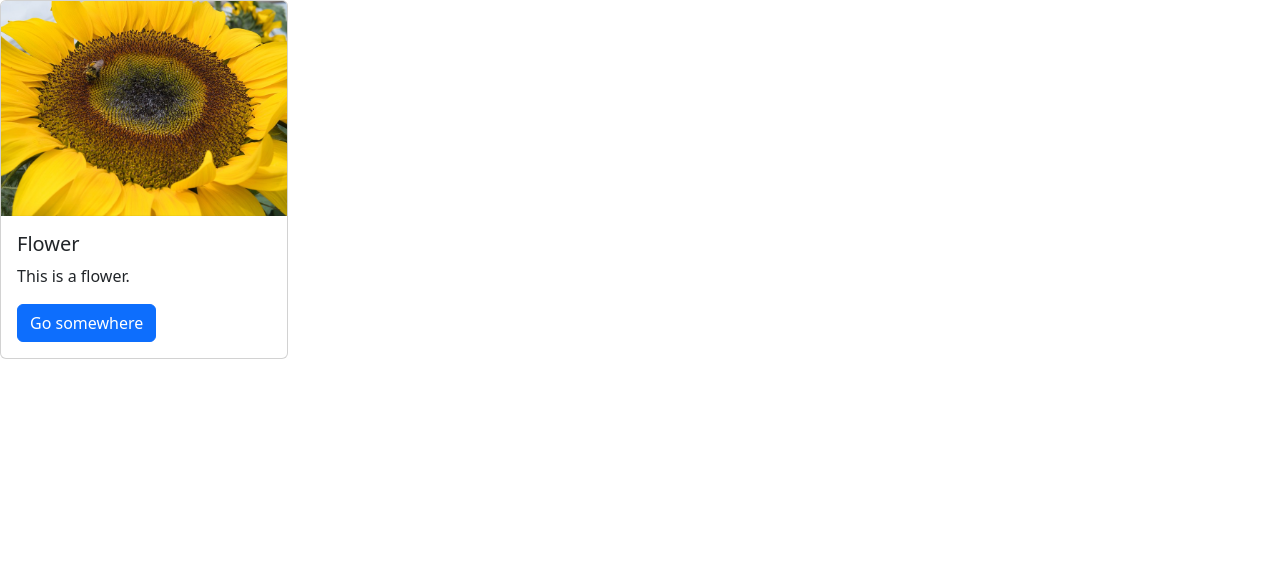
Repository: Stamkopoulos/The-Complete-2023-Web-Development-Bootcamp
Page: CSS and Bootstrap/11.0+Bootstrap+Intro/11.0 Bootstrap Intro/index.html
An editor plug-in stored every save of this project. The page is shown before and after the next save, followed by the edit.
The browser window is 1280 px wide. The pictures show the whole page.

Above is the page before, as saved 2024-02-29 19:26:02.

### CSS and Bootstrap/11.0+Bootstrap+Intro/11.0 Bootstrap Intro/index.html
<!DOCTYPE html>
<html lang="en">
  <head>
    <meta charset="utf-8" />
    <meta name="viewport" content="width=device-width, initial-scale=1" />
    <title>Bootstrap</title>
    <!-- TODO 1: Add the Bootstrap link here. -->
    <link
      href="https://cdn.jsdelivr.net/npm/bootstrap@5.3.3/dist/css/bootstrap.min.css"
      rel="stylesheet"
      integrity="sha384-QWTKZyjpPEjISv5WaRU9OFeRpok6YctnYmDr5pNlyT2bRjXh0JMhjY6hW+ALEwIH"
      crossorigin="anonymous"
    />

    <style>
      /* TODO 4: Use flexbox to center the card in the vertical and horizontal center. */
    </style>
  </head>

  <body>
    <div class="flex-container">
      <!-- TODO 2: Add the Bootstrap Prebuilt Card here -->
      <div class="card" style="width: 18rem">
        <img src="flower.jpg" class="card-img-top" alt="..." />
        <div class="card-body">
          <h5 class="card-title">Flower</h5>
          <p class="card-text">This is a flower.</p>
          <a href="#" class="btn btn-primary">Go somewhere</a>
        </div>
      </div>

      <!-- TODO 3: Change the image src to display the flower.jpg image. -->
    </div>
  </body>
</html>

After the next save:
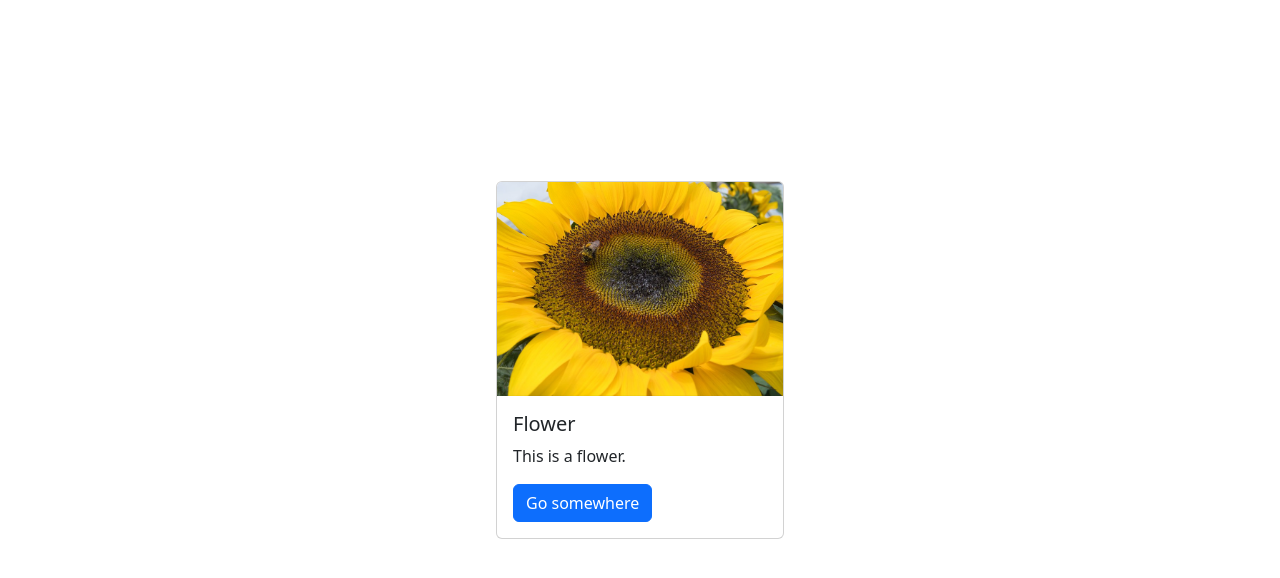
Saved 3 min 36 s later.
--- a/CSS and Bootstrap/11.0+Bootstrap+Intro/11.0 Bootstrap Intro/index.html
+++ b/CSS and Bootstrap/11.0+Bootstrap+Intro/11.0 Bootstrap Intro/index.html
@@ -14,6 +14,12 @@
 
     <style>
       /* TODO 4: Use flexbox to center the card in the vertical and horizontal center. */
+      .flex-container {
+        display: flex;
+        justify-content: center;
+        align-items: center;
+        height: 100vh;
+      }
     </style>
   </head>
 
